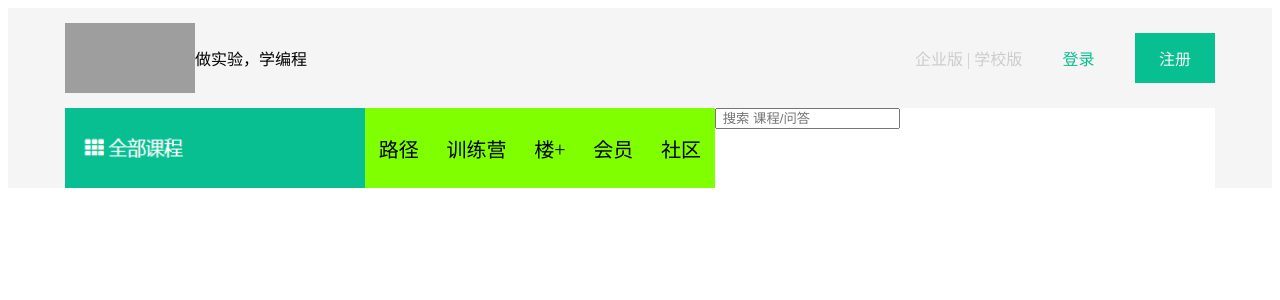
Repository: wuguozheng/xxbb
Page: /
The author's editor kept a copy of each file at every save. The page is drawn from the files as they stood at one save, then again after the next save.
The browser window is 1280 px wide. The pictures show the whole page.
Pictures or frames that could not be fetched are drawn as grey boxes. The project was rebuilt for these pictures with package versions that can differ from the ones it lists, and the page was loaded fresh each time.

Above is the page before, as saved 2020-06-01 14:10:50.

### src/App.vue
<template>
  <div id="app">

    <router-view/>
  </div>
</template>

<style lang="scss">

</style>

### src/views/Home.vue
<template>
 <div>
    <mxs1></mxs1>
 </div>
</template>

<script>
import Mxs1 from '../components/home/Mxs1'
 export default {
   name: '',
   props: {
   },
   components: {
     Mxs1,
   },
   data () {
     return {

     }
   },
   methods: {

   },
   mounted() {

   },
   watch: {

   },
   computed: {

   }
 }
</script>

<style scoped lang='scss'>

</style>

### src/components/home/Mxs1.vue
<template>
  <div>
    <div class="rap">
      <div class="rap-1">
        <div class="left">
          <img
            data-v-7629dae3
            src="https://static.shiyanlou.com/frontend/dist/img/9f43b00.svg"
            alt="实验楼"
            width="130"
            height="70"
          />
          <div>做实验，学编程</div>
        </div>
        <div class="rap-2">
          <div class="timi-1">企业版 | 学校版</div>
          <div class="timi-2">登录</div>
          <div class="timi">注册</div>
        </div>
      </div>
      <div class="run">
        <img src="../home/QQ截图20200601133655.png" alt="" width="300" height="80">
        <div class="run-1">
          <div>路径</div>
          <div>训练营</div>
          <div>楼+</div>
          <div>会员</div>
          <div>社区</div>
        </div>
        <div>
          <input type="text" placeholder=" 搜索 课程/问答">
        </div>
      </div>
    </div>
  </div>
</template>

<script>
export default {
  name: "",
  props: {},
  components: {},
  data() {
    return {};
  },
  methods: {},
  mounted() {},
  watch: {},
  computed: {}
};
</script>

<style scoped lang='scss'>
.rap {
  width: 100%;
  height: 180px;
  background: whitesmoke;
  display: flex;
  justify-content: center;
  align-items: center;
  flex-direction: column;
}
.rap-1 {
  width: 1150px;
  height: 100px;
  background: transparent;
  position: relative;
  display: flex;
  justify-content: center;
  align-items: center;
}
.left {
  position: absolute;
  left: 0;
  display: flex;
  justify-content: center;
  align-items: center;
}
.rap-2 {
  display: flex;
  width: 300px;
  height: 100px;
  background: transparent;
  justify-content: space-between;
  align-items: center;
  position: absolute;
  right: 0;
}
.timi {
  width: 80px;
  height: 50px;
  background: rgb(8, 191, 145);
  display: flex;
  justify-content: center;
  align-items: center;
  color: whitesmoke;
  &:hover {
    cursor: pointer;
  }
}
.timi-1 {
  color: #ccc;
  &:hover {
    cursor: pointer;
    color: rgb(8, 191, 145);
  }
}
.timi-2 {
  color: rgb(8, 191, 145);
  &:hover {
    cursor: pointer;
    color: #ccc;
  }
}
.run {
  width: 1150px;
  height: 80px;
  background: white;
  display: flex;
}
.run-1 {
  width: 350px;
  height: 80px;
  background: chartreuse;
  display: flex;
  justify-content: space-around;
  align-items: center;
  font-size: 20px;
}
</style>

Loaded but not shown: src/main.js (common file); src/router/index.js (common file); src/store/index.js (common file)

After the next save:
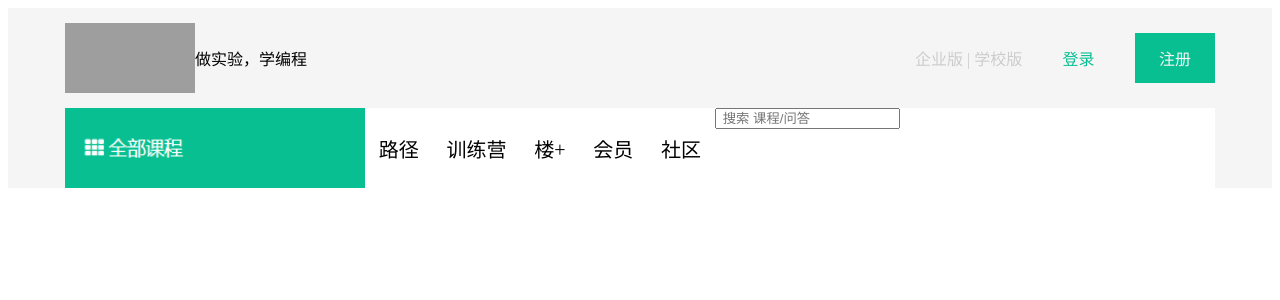
Saved 24 s later.
--- a/src/components/home/Mxs1.vue
+++ b/src/components/home/Mxs1.vue
@@ -121,7 +121,7 @@ export default {
 .run-1 {
   width: 350px;
   height: 80px;
-  background: chartreuse;
+  background: transparent;
   display: flex;
   justify-content: space-around;
   align-items: center;
